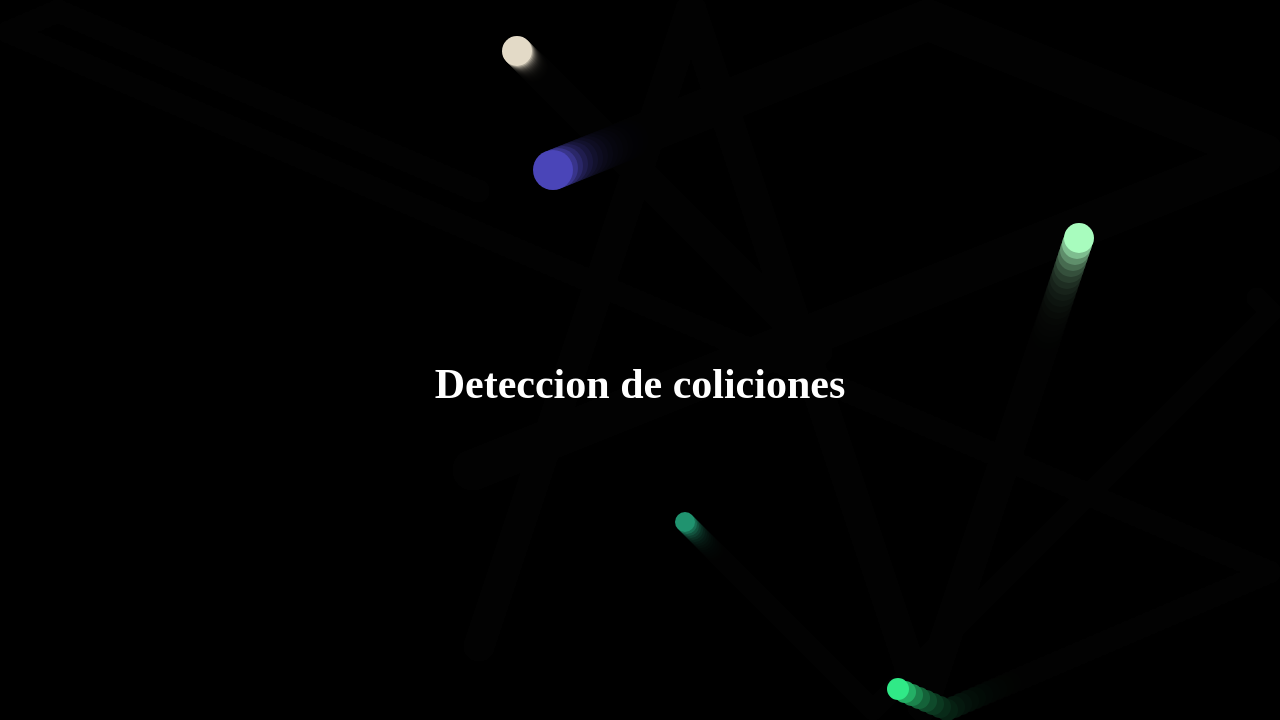
Repository: mvbri/Bouncing-Balls-Animation
Page: index.html
These files come from the project's save history. The page is drawn as it stood at one moment and after the next save; the edit follows.
The browser window is 1280 px wide. The pictures show the whole page.

Above is the page before, as saved 2023-01-16 19:35:11.

After the next save:
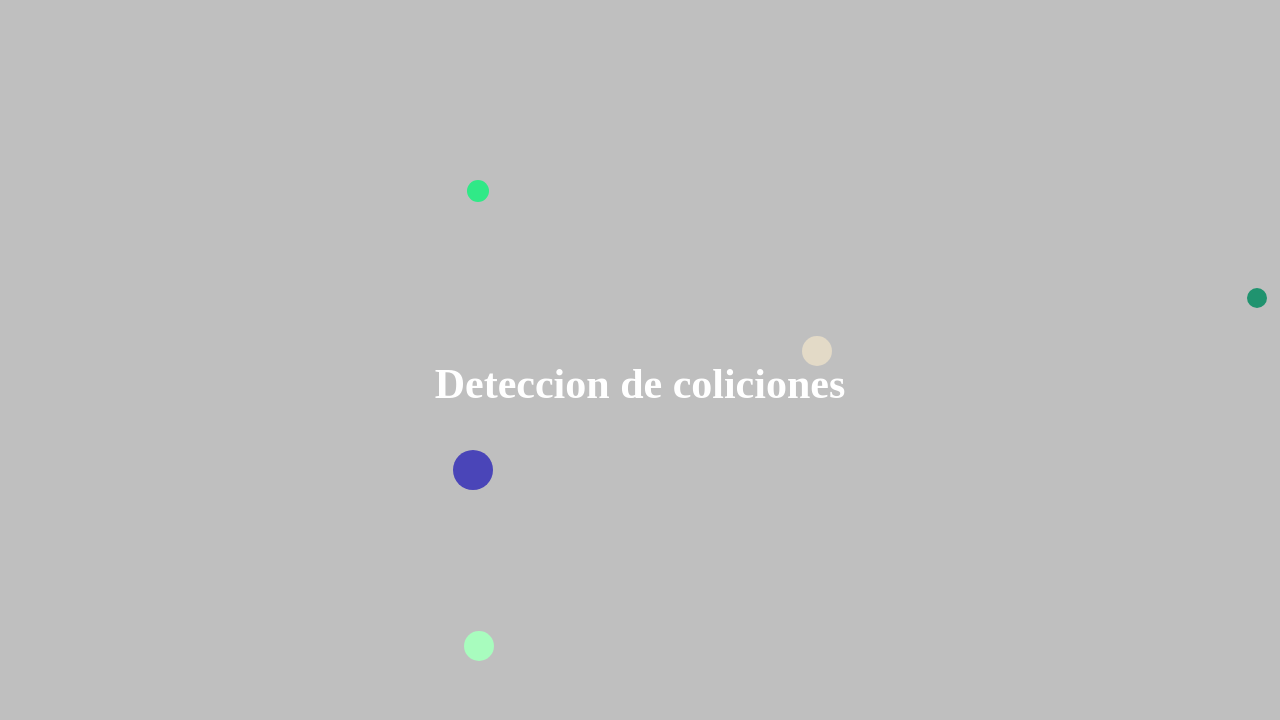
Saved 10 min 54 s later.
--- a/bouncingBalls.js
+++ b/bouncingBalls.js
@@ -78,7 +78,7 @@
 			ball.update();
 		}
 
-		myReq = requestAnimationFrame(loop);
+		// myReq = requestAnimationFrame(loop);
 	};
 	loop();
 };

After the save that followed:
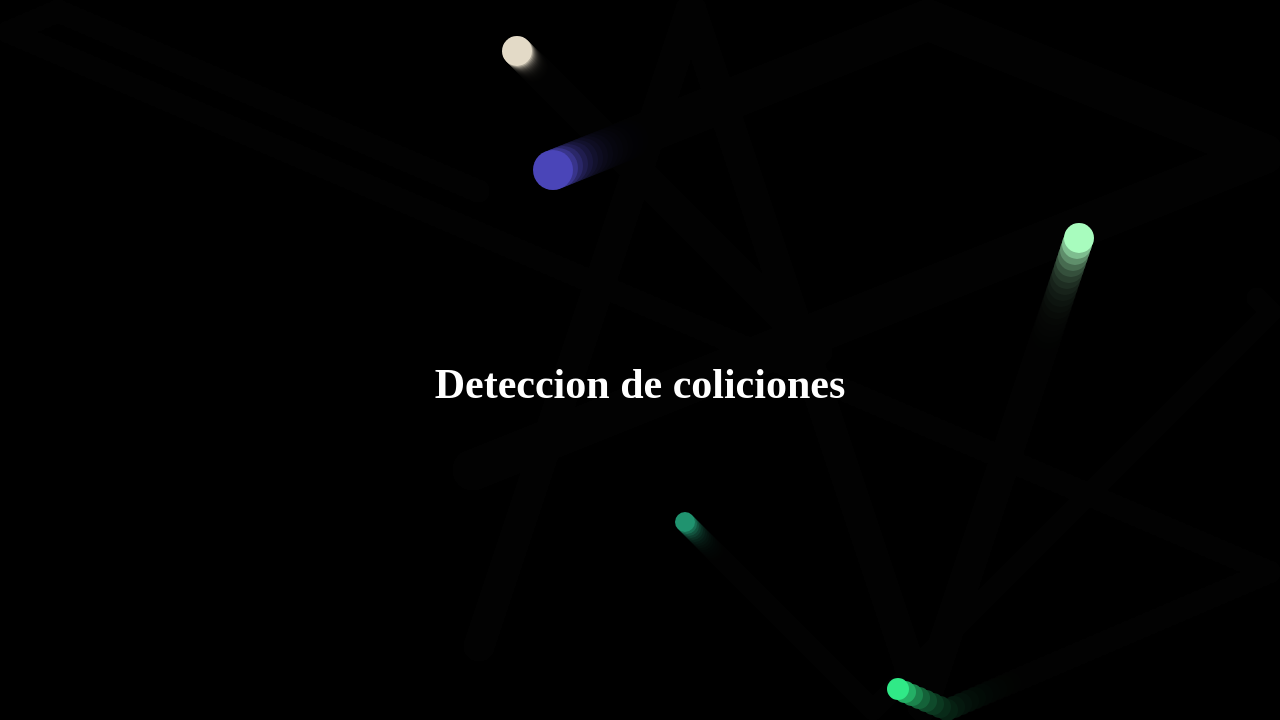
Saved 10 s later.
--- a/bouncingBalls.js
+++ b/bouncingBalls.js
@@ -78,7 +78,7 @@
 			ball.update();
 		}
 
-		// myReq = requestAnimationFrame(loop);
+		myReq = requestAnimationFrame(loop);
 	};
 	loop();
 };
